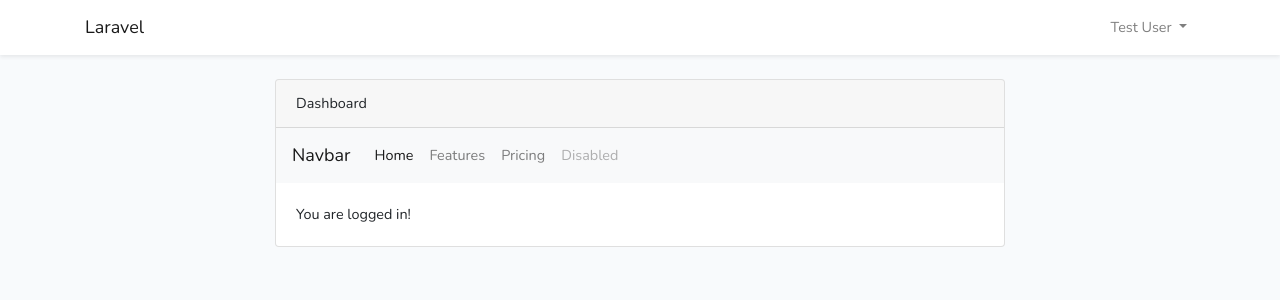
Repository: Fateen980/Tawfiq
Page: http://localhost/home
An editor plug-in stored every save of this project. The page is shown before and after the next save, followed by the edit.
The browser window is 1280 px wide. The pictures show the whole page.
The page is served by the project's Laravel application, run on PHP 8.4 with Laravel 8. A made-up administrator, Test User (test@example.com), is signed in. Other server files are loaded and not shown.

Above is the page before, as saved 2020-09-17 07:57:36.

### routes/web.php
<?php

use Illuminate\Support\Facades\Route;

/*
|--------------------------------------------------------------------------
| Web Routes
|--------------------------------------------------------------------------
|
| Here is where you can register web routes for your application. These
| routes are loaded by the RouteServiceProvider within a group which
| contains the "web" middleware group. Now create something great!
|
*/

Route::get('/', function () {
    return view('welcome');
});




Auth::routes();

Route::get('/home', 'HomeController@index')->name('home');

Auth::routes();

Route::get('/home', 'HomeController@index')->name('home');

### resources/views/home.blade.php
@extends('layouts.app')

@section('content')
<div class="container">
    <div class="row justify-content-center">
        <div class="col-md-8">
            <div class="card">
                <div class="card-header">{{ __('Dashboard') }}</div>


                <nav class="navbar navbar-expand-lg navbar-light bg-light">
  <a class="navbar-brand" href="#">Navbar</a>
  <button class="navbar-toggler" type="button" data-toggle="collapse" data-target="#navbarNav" aria-controls="navbarNav" aria-expanded="false" aria-label="Toggle navigation">
    <span class="navbar-toggler-icon"></span>
  </button>
  <div class="collapse navbar-collapse" id="navbarNav">
    <ul class="navbar-nav">
      <li class="nav-item active">
        <a class="nav-link" href="#">Home <span class="sr-only">(current)</span></a>
      </li>
      <li class="nav-item">
        <a class="nav-link" href="#">Features</a>
      </li>
      <li class="nav-item">
        <a class="nav-link" href="#">Pricing</a>
      </li>
      <li class="nav-item">
        <a class="nav-link disabled" href="#">Disabled</a>
      </li>
    </ul>
  </div>
</nav>



                <div class="card-body">
                    @if (session('status'))
                        <div class="alert alert-success" role="alert">
                            {{ session('status') }}
                        </div>
                    @endif

                    {{ __('You are logged in!') }}
                </div>
            </div>
        </div>
    </div>
</div>
@endsection

### resources/views/layouts/app.blade.php
<!doctype html>
<html lang="{{ str_replace('_', '-', app()->getLocale()) }}">
<head>
    <meta charset="utf-8">
    <meta name="viewport" content="width=device-width, initial-scale=1">

    <!-- CSRF Token -->
    <meta name="csrf-token" content="{{ csrf_token() }}">

    <title>{{ config('app.name', 'Product') }}</title>

    <!-- Scripts -->
    <script src="{{ asset('js/app.js') }}" defer></script>

    <!-- Fonts -->
    <link rel="dns-prefetch" href="//fonts.gstatic.com">
    <link href="https://fonts.googleapis.com/css?family=Nunito" rel="stylesheet">

    <!-- Styles -->
    <link href="{{ asset('css/app.css') }}" rel="stylesheet">
</head>
<body>
    <div id="app">
        <nav class="navbar navbar-expand-md navbar-light bg-white shadow-sm">
            <div class="container">
                <a class="navbar-brand" href="{{ url('/') }}">
                    {{ config('app.name', 'Product') }}
                </a>
                <button class="navbar-toggler" type="button" data-toggle="collapse" data-target="#navbarSupportedContent" aria-controls="navbarSupportedContent" aria-expanded="false" aria-label="{{ __('Toggle navigation') }}">
                    <span class="navbar-toggler-icon"></span>
                </button>

                <div class="collapse navbar-collapse" id="navbarSupportedContent">
                    <!-- Left Side Of Navbar -->
                    <ul class="navbar-nav mr-auto">

                    </ul>

                    <!-- Right Side Of Navbar -->
                    <ul class="navbar-nav ml-auto">
                        <!-- Authentication Links -->
                        @guest
                            <li class="nav-item">
                                <a class="nav-link" href="{{ route('login') }}">{{ __('Login') }}</a>
                            </li>
                            @if (Route::has('register'))
                                <li class="nav-item">
                                    <a class="nav-link" href="{{ route('register') }}">{{ __('Register') }}</a>
                                </li>
                            @endif
                        @else
                            <li class="nav-item dropdown">
                                <a id="navbarDropdown" class="nav-link dropdown-toggle" href="#" role="button" data-toggle="dropdown" aria-haspopup="true" aria-expanded="false" v-pre>
                                    {{ Auth::user()->name }}
                                </a>

                                <div class="dropdown-menu dropdown-menu-right" aria-labelledby="navbarDropdown">
                                    <a class="dropdown-item" href="{{ route('logout') }}"
                                       onclick="event.preventDefault();
                                                     document.getElementById('logout-form').submit();">
                                        {{ __('Logout') }}
                                    </a>

                                    <form id="logout-form" action="{{ route('logout') }}" method="POST" class="d-none">
                                        @csrf
                                    </form>
                                </div>
                            </li>
                        @endguest
                    </ul>
                </div>
            </div>
        </nav>

        <main class="py-4">
            @yield('content')
        </main>
    </div>
</body>
</html>

Loaded but not shown: app/Http/Controllers/Auth/LoginController.php (common file); app/Http/Controllers/Controller.php (common file); app/Http/Controllers/Auth/ConfirmPasswordController.php (common file); app/User.php (common file); app/Http/Controllers/HomeController.php (common file); public/css/app.css (library)

After the next save:
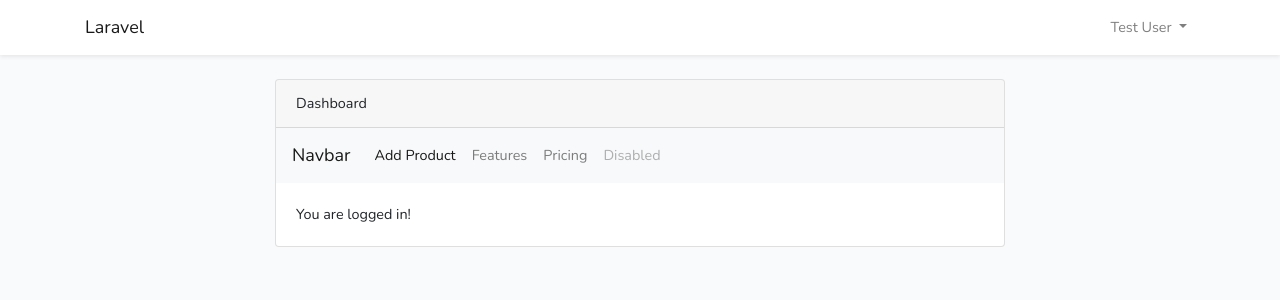
Saved 33 s later.
--- a/resources/views/home.blade.php
+++ b/resources/views/home.blade.php
@@ -16,7 +16,7 @@
   <div class="collapse navbar-collapse" id="navbarNav">
     <ul class="navbar-nav">
       <li class="nav-item active">
-        <a class="nav-link" href="#">Home <span class="sr-only">(current)</span></a>
+        <a class="nav-link" href="#">Add Product <span class="sr-only">(current)</span></a>
       </li>
       <li class="nav-item">
         <a class="nav-link" href="#">Features</a>
